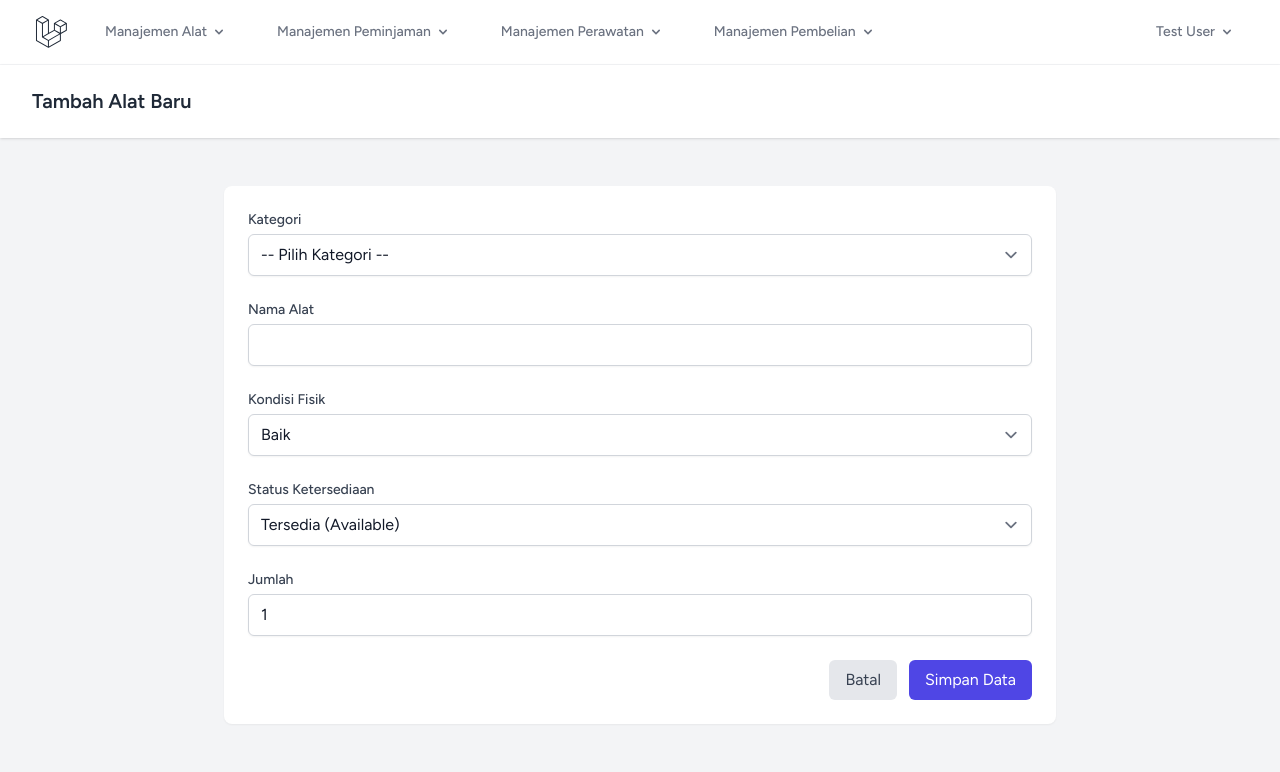
Repository: jeehany/Inventaris-Multimedia
Page: http://localhost/tools/create
The author's editor kept a copy of each file at every save. The page is drawn from the files as they stood at one save, then again after the next save.
The browser window is 1280 px wide. The pictures show the whole page.
The page is served by the project's Laravel application, run on PHP 8.4 with Laravel 12. A made-up administrator, Test User (test@example.com), is signed in. Other server files are loaded and not shown. Style sheets and scripts are compiled from the project's sources, by tool versions that may differ from the author's. Queries for data that is not in the repository find no rows.

Above is the page before, as saved 2025-12-26 17:06:37.

### routes/web.php
<?php

use Illuminate\Support\Facades\Route;
use App\Http\Controllers\ProfileController;
use App\Http\Controllers\CategoryController;
use App\Http\Controllers\ToolController;
use App\Http\Controllers\BorrowerController;
use App\Http\Controllers\BorrowingController;
use App\Http\Controllers\VendorController;
use App\Http\Controllers\PurchaseController;
use App\Http\Controllers\DashboardController;
use App\Http\Controllers\MaintenanceController;
use App\Http\Controllers\MaintenanceTypeController;

/*
|--------------------------------------------------------------------------
| Web Routes
|--------------------------------------------------------------------------
*/

Route::get('/', function () {
    return view('welcome');
});

Route::get('/dashboard', [DashboardController::class, 'index'])
    ->middleware(['auth', 'verified'])
    ->name('dashboard');

Route::middleware('auth')->group(function () {

    // --- Profile Routes ---
    Route::get('/profile', [ProfileController::class, 'edit'])->name('profile.edit');
    Route::patch('/profile', [ProfileController::class, 'update'])->name('profile.update');
    Route::delete('/profile', [ProfileController::class, 'destroy'])->name('profile.destroy');

    // --- Manajemen Alat (Tools) ---
    // 1. Trash & Restore (WAJIB DI ATAS Resource)
    Route::get('/tools/trash', [ToolController::class, 'trash'])->name('tools.trash');
    Route::put('/tools/{id}/restore', [ToolController::class, 'restore'])->name('tools.restore');

    // 2. Export & Custom
    Route::get('tools/export-pdf', [ToolController::class, 'exportPdf'])->name('tools.exportPdf');

    // 3. Resource & Kategori
    Route::resource('categories', CategoryController::class);
    Route::get('/categories/{category}/next-code', [CategoryController::class, 'nextCode'])->name('categories.nextCode');
    Route::resource('tools', ToolController::class);


    // --- Peminjam & Peminjaman ---
    Route::resource('borrowers', BorrowerController::class);

    // Custom Routes Peminjaman
    Route::get('/borrowings/export-pdf', [BorrowingController::class, 'exportPdf'])->name('borrowings.exportPdf');
    Route::put('/borrowings/{id}/return', [BorrowingController::class, 'returnItem'])->name('borrowings.return');
    Route::get('/get-tools/{categoryId}', [BorrowingController::class, 'getToolsByCategory'])->name('tools.getByCategory');

    Route::resource('borrowings', BorrowingController::class);


    // --- Manajemen Pembelian (UPDATED) ---
    Route::resource('vendors', VendorController::class);

    // 1. Route Khusus Pembelian (WAJIB DI ATAS Resource Purchases)
    // Agar tidak dianggap sebagai ID (misal: /purchases/approved tidak dianggap /purchases/{id})
    Route::get('/purchases/report', [PurchaseController::class, 'report'])->name('purchases.report');
    Route::get('/purchases/approved', [PurchaseController::class, 'approvedList'])->name('purchases.approved'); // Untuk Menu "Pembelian Barang"
    Route::get('/purchases/history', [PurchaseController::class, 'history'])->name('purchases.history'); // Untuk Menu "Riwayat"

    // 2. Action Approval & Upload
    Route::post('/purchases/{purchase}/approve', [PurchaseController::class, 'approve'])->name('purchases.approve');
    Route::post('/purchases/{purchase}/reject', [PurchaseController::class, 'reject'])->name('purchases.reject');
    Route::post('/purchases/{id}/upload-proof', [PurchaseController::class, 'uploadProof'])->name('purchases.uploadProof'); // Logic upload bukti

    // 3. Resource Purchases (CRUD Utama)
    Route::resource('purchases', PurchaseController::class);


    // --- Maintenance Routes ---
    Route::resource('maintenances', MaintenanceController::class);
    Route::resource('maintenance-types', MaintenanceTypeController::class);
});

require __DIR__.'/auth.php';

### app/Models/User.php
<?php

namespace App\Models;

// use Illuminate\Contracts\Auth\MustVerifyEmail;
use Illuminate\Database\Eloquent\Factories\HasFactory;
use Illuminate\Foundation\Auth\User as Authenticatable;
use Illuminate\Notifications\Notifiable;

class User extends Authenticatable
{
    /** @use HasFactory<\Database\Factories\UserFactory> */
    use HasFactory, Notifiable;

    /**
     * The attributes that are mass assignable.
     *
     * @var list<string>
     */
    protected $fillable = [
        'name',
        'email',
        'password',
        'role',
    ];

    /**
     * The attributes that should be hidden for serialization.
     *
     * @var list<string>
     */
    protected $hidden = [
        'password',
        'remember_token',
    ];

    /**
     * Get the attributes that should be cast.
     *
     * @return array<string, string>
     */
    protected function casts(): array
    {
        return [
            'email_verified_at' => 'datetime',
            'password' => 'hashed',
        ];
    }

    public function isHead(): bool
    {
        return in_array($this->role, ['kepala', 'head']);
    }
}

### app/Http/Controllers/ToolController.php
<?php

namespace App\Http\Controllers;

use App\Models\Tool;
use App\Models\Category;
use Illuminate\Http\Request;
use Illuminate\Support\Facades\Auth;
use Barryvdh\DomPDF\Facade\Pdf;
use Illuminate\Database\Eloquent\SoftDeletes;
use Illuminate\Validation\Rule; // Tambahkan ini untuk validasi update

class ToolController extends Controller
{
    // ==========================
    // 1. READ DATA (INDEX & PDF)
    // ==========================

    public function index(Request $request)
    {
        $categories = Category::all();
        $query = $this->getFilteredQuery($request);
        $tools = $query->latest()->paginate(10)->withQueryString();

        return view('tools.index', compact('tools', 'categories'));
    }

    public function exportPdf(Request $request)
    {
        $query = $this->getFilteredQuery($request);
        $tools = $query->get();
        $pdf = Pdf::loadView('tools.pdf', compact('tools'));

        return $pdf->download('laporan-inventaris-alat-' . now()->format('Y-m-d') . '.pdf');
    }

    // ==========================
    // 2. SOFT DELETES (TRASH)
    // ==========================

    public function trash()
    {
        $user = Auth::user();
        if ($user && in_array($user->role, ['kepala','head'])) {
             return redirect()->route('tools.index')->with('error', 'Akses ditolak.');
        }

        $tools = Tool::onlyTrashed()->with('category')->paginate(10);
        return view('tools.trash', compact('tools'));
    }

    public function restore($id)
    {
        $user = Auth::user();
        if ($user && in_array($user->role, ['kepala','head'])) {
             return redirect()->back()->with('error', 'Akses ditolak.');
        }

        $tool = Tool::onlyTrashed()->findOrFail($id);

        // Cek apakah kode alat bertabrakan dengan data aktif saat ini
        // Jika kode 'A-001' dihapus, lalu ada 'A-001' baru dibuat, restore akan error/duplicate.
        // Opsional: Tambahkan logika suffix jika duplikat, tapi di sini kita restore standar.

        $tool->availability_status = 'available';
        $tool->save();
        $tool->restore();

        return redirect()->route('tools.trash')->with('success', 'Alat berhasil dipulihkan ke daftar aktif.');
    }

    // ==========================
    // 3. CRUD (CREATE, UPDATE, DELETE)
    // ==========================

    public function create() {
        $user = Auth::user();
        if ($user && in_array($user->role, ['kepala','head'])) {
            return redirect()->route('tools.index')->with('error', 'Akses ditolak.');
        }

        $categories = Category::all();

        // (Opsional) Kita bisa kirim calon kode berikutnya ke view untuk ditampilkan
        $nextCode = $this->generateNextToolCode();

        return view('tools.create', compact('categories', 'nextCode'));
    }

    public function store(Request $request) {
        $user = Auth::user();
        if ($user && in_array($user->role, ['kepala','head'])) {
            return redirect()->route('tools.index')->with('error', 'Akses ditolak.');
        }

        // 1. Validasi Input (Hapus validasi tool_code dari user input karena akan auto-generate)
        $request->validate([
            // 'tool_code' tidak divalidasi dari input user agar konsisten by system
            'tool_name' => 'required|string',
            'category_id' => 'required|exists:tool_categories,id',
            'current_condition' => 'required|string',
            'availability_status' => 'nullable|in:available,borrowed,maintenance,lost,disposed,broken',
        ]);

        $data = $request->only(['tool_name', 'category_id', 'current_condition', 'availability_status']);

        // 2. AUTO GENERATE CODE
        // Fungsi ini menjamin kode mengikuti urutan terakhir MESKIPUN data terakhir sudah dihapus
        $data['tool_code'] = $this->generateNextToolCode();

        $data['availability_status'] = $data['availability_status'] ?? 'available';

        Tool::create($data);

        return redirect()->route('tools.index')->with('success', 'Alat berhasil ditambahkan dengan kode: ' . $data['tool_code']);
    }

    public function edit($id) {
        $user = Auth::user();
        if ($user && in_array($user->role, ['kepala','head'])) {
            return redirect()->route('tools.index')->with('error', 'Akses ditolak.');
        }
        $tool = Tool::findOrFail($id);
        $categories = Category::all();
        return view('tools.edit', compact('tool', 'categories'));
    }

    public function update(Request $request, $id) {
        $user = Auth::user();
        if ($user && in_array($user->role, ['kepala','head'])) {
            return redirect()->route('tools.index')->with('error', 'Akses ditolak.');
        }

        $request->validate([
            'tool_name'   => 'required|string|max:255',
            'category_id' => 'required|exists:tool_categories,id',
            'current_condition' => 'required|string',
            // Validasi: pastikan tidak mengubah kode menjadi kode yang sudah ada (termasuk di trash)
            // (Jika tool_code bisa diedit, tambahkan validasi unique di sini)
        ]);

        $tool = Tool::findOrFail($id);

        $tool->update([
            'tool_name'         => $request->tool_name,
            'category_id'       => $request->category_id,
            'current_condition' => $request->current_condition,
            'availability_status' => $request->availability_status,
        ]);

        return redirect()->route('tools.index')->with('success', 'Data alat diperbarui.');
    }

    public function destroy($id)
    {
        $user = Auth::user();
        if ($user && in_array($user->role, ['kepala','head'])) {
            return redirect()->route('tools.index')->with('error', 'Akses ditolak.');
        }

        $tool = Tool::findOrFail($id);

        if ($tool->availability_status == 'borrowed') {
            return redirect()->back()->with('error', 'Gagal! Alat sedang dipinjam oleh seseorang.');
        }

        if ($tool->availability_status == 'maintenance') {
            return redirect()->back()->with('error', 'Gagal! Alat sedang dalam perbaikan.');
        }

        $tool->availability_status = 'disposed';
        $tool->save();
        $tool->delete();

        return redirect()->route('tools.index')->with('success', 'Alat berhasil dipindahkan ke Inventaris Tak Terpakai.');
    }

    // ==========================
    // 4. HELPER FUNCTION
    // ==========================

    /**
     * Membuat kode alat otomatis berdasarkan data terakhir (termasuk Trash).
     * Format contoh: TOOL-001, TOOL-002
     */
    private function generateNextToolCode()
    {
        // 1. Ambil tool terakhir berdasarkan ID, TERMASUK yang sudah dihapus (withTrashed)
        $lastTool = Tool::withTrashed()->orderBy('id', 'desc')->first();

        // 2. Jika belum ada data sama sekali, mulai dari 001
        if (!$lastTool) {
            return 'TOOL-001';
        }

        // 3. Ambil kode terakhir
        $lastCode = $lastTool->tool_code;

        // 4. Pecah string dan angka (Contoh: TOOL-005 menjadi "TOOL-" dan "005")
        // Regex: Ambil semua karakter sebelum angka terakhir, dan ambil angka terakhirnya
        if (preg_match('/^(.*?)(\d+)$/', $lastCode, $matches)) {
            $prefix = $matches[1]; // misal "TOOL-"
            $number = intval($matches[2]); // misal 5
            $length = strlen($matches[2]); // panjang digit (misal 3 digit)

            // Increment angka
            $newNumber = $number + 1;

            // Gabungkan kembali dengan padding nol di depan
            return $prefix . str_pad($newNumber, $length, '0', STR_PAD_LEFT);
        }

        // Fallback jika format kode sebelumnya tidak mengandung angka (misal "OBENG")
        return $lastCode . '-1';
    }

    private function getFilteredQuery(Request $request)
    {
        $query = Tool::with('category');

        if ($request->has('search') && $request->search != null) {
            $search = $request->search;
            $query->where(function($q) use ($search) {
                $q->where('tool_name', 'like', '%'.$search.'%')
                  ->orWhere('tool_code', 'like', '%'.$search.'%');
            });
        }

        if ($request->has('status') && $request->status != null) {
            $query->where('availability_status', $request->status);
        }

        if ($request->has('category_id') && $request->category_id != null && $request->category_id != 'all') {
            $query->where('category_id', $request->category_id);
        }

        return $query;
    }
}

### app/Models/Category.php
<?php

namespace App\Models;

use Illuminate\Database\Eloquent\Factories\HasFactory;
use Illuminate\Database\Eloquent\Model;

class Category extends Model
{
    use HasFactory;

    // Nama tabel sesuai migration
    protected $table = 'tool_categories';

    protected $fillable = ['category_name', 'description', 'code'];

    public function tools()
    {
        return $this->hasMany(Tool::class, 'category_id', 'id');
    }
}

### app/Models/Tool.php
<?php

namespace App\Models;

use Illuminate\Database\Eloquent\Factories\HasFactory;
use Illuminate\Database\Eloquent\Model;
use Illuminate\Database\Eloquent\SoftDeletes;


class Tool extends Model
{
    use HasFactory;
    use SoftDeletes;

    protected $table = 'tools'; // Pastikan ini sesuai nama tabel alat di DB

    protected $fillable = [
        'tool_code',
        'tool_name',
        'category_id',
        'current_condition',
        'availability_status',
        'purchase_item_id'
    ];

    public function category()
    {
        // Hubungkan ke model Category yang sudah kita perbaiki di atas
        return $this->belongsTo(Category::class, 'category_id', 'id');
    }

    public function borrowingItems()
    {
        return $this->hasMany(\App\Models\BorrowingItem::class, 'tool_id', 'id');
    }

    // Relasi balik ke pembelian
    public function originPurchaseItem()
    {
        return $this->belongsTo(PurchaseItem::class, 'purchase_item_id');
    }
}

### resources/views/tools/create.blade.php
<x-app-layout>
    <x-slot name="header">
        <h2 class="font-semibold text-xl text-gray-800 leading-tight">
            {{ __('Tambah Alat Baru') }}
        </h2>
    </x-slot>

    <div class="py-12">
        <div class="max-w-4xl mx-auto sm:px-6 lg:px-8">
            <div class="bg-white overflow-hidden shadow-sm sm:rounded-lg">
                <div class="p-6 text-gray-900">

                    <form action="{{ route('tools.store') }}" method="POST">
                        @csrf

                        <div class="grid grid-cols-1 gap-6">

                            {{-- Nama Alat --}}
                            {{-- Kategori --}}
                            <div>
                                <label class="block font-medium text-sm text-gray-700">Kategori</label>
                                <select id="category_select" name="category_id" class="mt-1 block w-full border-gray-300 rounded-md shadow-sm focus:border-indigo-500 focus:ring-indigo-500">
                                    <option value="">-- Pilih Kategori --</option>
                                    @foreach($categories as $cat)
                                        <option value="{{ $cat->id }}" data-code="{{ $cat->code }}">{{ $cat->category_name }}</option>
                                    @endforeach
                                </select>
                            </div>
                            {{-- Kode Alat (unik) --}}
                            <div class="hidden">
                                <label class="block font-medium text-sm text-gray-700">Kode Alat (Kode unik)</label>
                                <input type="text" id="tool_code" name="tool_code" readonly class="mt-1 block w-full border-gray-300 rounded-md shadow-sm focus:border-indigo-500 focus:ring-indigo-500 bg-gray-50" required>
                            </div>

                            {{-- Nama Alat --}}
                            <div>
                                <label class="block font-medium text-sm text-gray-700">Nama Alat</label>
                                <input type="text" name="tool_name" class="mt-1 block w-full border-gray-300 rounded-md shadow-sm focus:border-indigo-500 focus:ring-indigo-500" required>
                            </div>


                            {{-- Kondisi (Sesuai database kamu: current_condition) --}}
                            <div>
                                <label class="block font-medium text-sm text-gray-700">Kondisi Fisik</label>
                                <select name="current_condition" class="mt-1 block w-full border-gray-300 rounded-md shadow-sm focus:border-indigo-500 focus:ring-indigo-500">
                                    <option value="Baik">Baik</option>
                                    <option value="Rusak">Rusak</option>
                                </select>
                            </div>

                            {{-- Status Ketersediaan (Ini yang kamu minta ada di create) --}}
                            <div>
                                <label class="block font-medium text-sm text-gray-700">Status Ketersediaan</label>
                                <select name="availability_status" class="mt-1 block w-full border-gray-300 rounded-md shadow-sm focus:border-indigo-500 focus:ring-indigo-500">
                                    <option value="available">Tersedia (Available)</option>
                                    <option value="borrowed">Sedang Dipinjam</option>
                                    <option value="maintenance">Dalam Perbaikan</option>
                                </select>
                            </div>

                            {{-- Jumlah --}}
                            <div>
                                <label class="block font-medium text-sm text-gray-700">Jumlah</label>
                                <input type="number" name="amount" value="1" class="mt-1 block w-full border-gray-300 rounded-md shadow-sm">
                            </div>

                        </div>

                        <div class="mt-6 flex justify-end gap-3">
                            <a href="{{ route('tools.index') }}" class="px-4 py-2 bg-gray-200 text-gray-700 rounded-md hover:bg-gray-300">Batal</a>
                            <button type="submit" class="px-4 py-2 bg-indigo-600 text-white rounded-md hover:bg-indigo-700">Simpan Data</button>
                        </div>
                    </form>

                </div>
            </div>
        </div>
    </div>
    <script>
        document.addEventListener('DOMContentLoaded', function() {
            const select = document.getElementById('category_select');
            const codeInput = document.getElementById('tool_code');

            async function fetchNext(catId) {
                if (!catId) { codeInput.value = ''; return; }
                try {
                    const res = await fetch(`/categories/${catId}/next-code`);
                    if (!res.ok) return;
                    const json = await res.json();
                    if (json.next) codeInput.value = json.next;
                    else codeInput.value = '';
                } catch (e) {
                    console.error('Fetch next code error', e);
                }
            }

            if (select) {
                select.addEventListener('change', function() { fetchNext(this.value); });
                if (select.value) fetchNext(select.value);
            }
        });
    </script>
</x-app-layout>

Loaded but not shown: routes/auth.php (common file); app/Http/Controllers/Auth/EmailVerificationPromptController.php (common file); app/Http/Controllers/Controller.php (common file); app/Http/Controllers/Auth/VerifyEmailController.php (common file); app/View/Components/AppLayout.php (common file); resources/views/layouts/app.blade.php (common file); resources/views/components/application-logo.blade.php (common file); resources/views/components/dropdown-link.blade.php (common file); resources/views/components/dropdown.blade.php (common file); resources/views/components/responsive-nav-link.blade.php (common file); resources/css/app.css (common file); tailwind.config.js (common file); resources/js/app.js (common file); resources/js/bootstrap.js (common file); resources/views/layouts/navigation.blade.php (211 lines, source omitted)

After the next save:
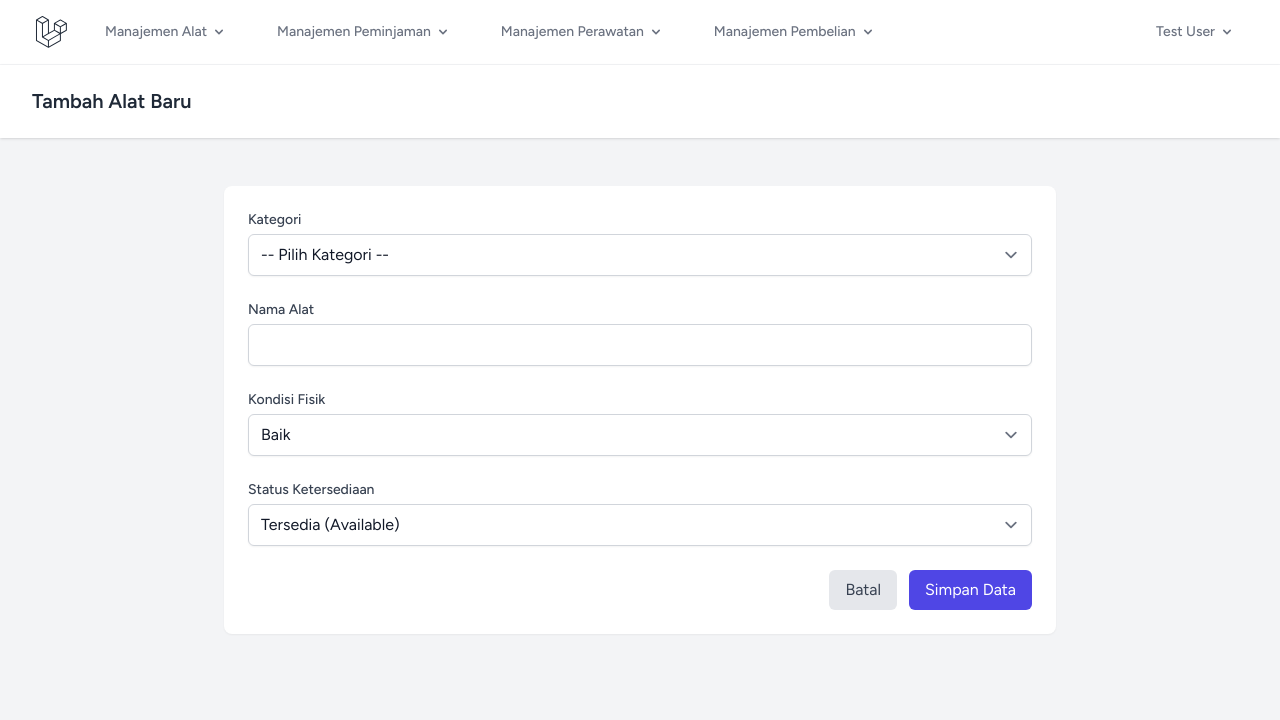
Saved 55 s later.
--- a/resources/views/tools/create.blade.php
+++ b/resources/views/tools/create.blade.php
@@ -58,12 +58,6 @@
                                 </select>
                             </div>
 
-                            {{-- Jumlah --}}
-                            <div>
-                                <label class="block font-medium text-sm text-gray-700">Jumlah</label>
-                                <input type="number" name="amount" value="1" class="mt-1 block w-full border-gray-300 rounded-md shadow-sm">
-                            </div>
-
                         </div>
 
                         <div class="mt-6 flex justify-end gap-3">
